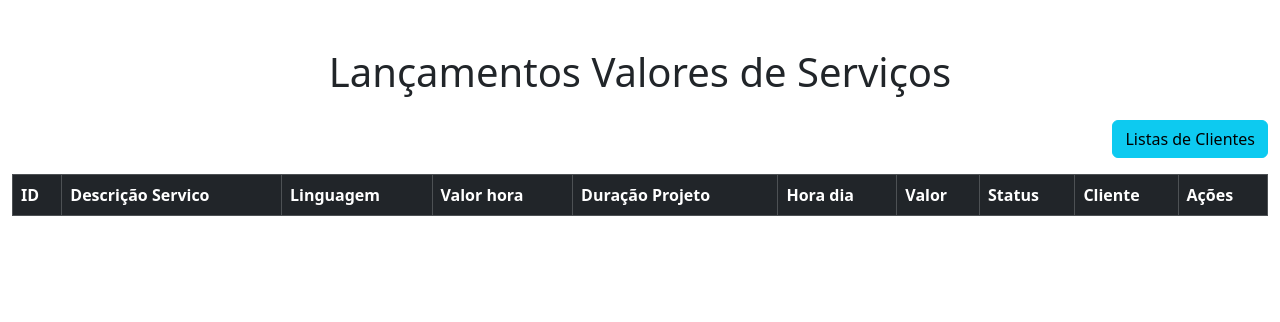
Repository: claudinez/kaspper-projeto-orcamento
Page: http://localhost/servicos/lista
These files come from the project's save history. The page is drawn as it stood at one moment and after the next save; the edit follows.
The browser window is 1280 px wide. The pictures show the whole page.
The page is this project's Thymeleaf template; nobody is signed in. The template is opened directly, without the code that normally fills it, so the values that code supplies are empty.

Above is the page before, as saved 2025-01-24 19:20:37.

After the next save:
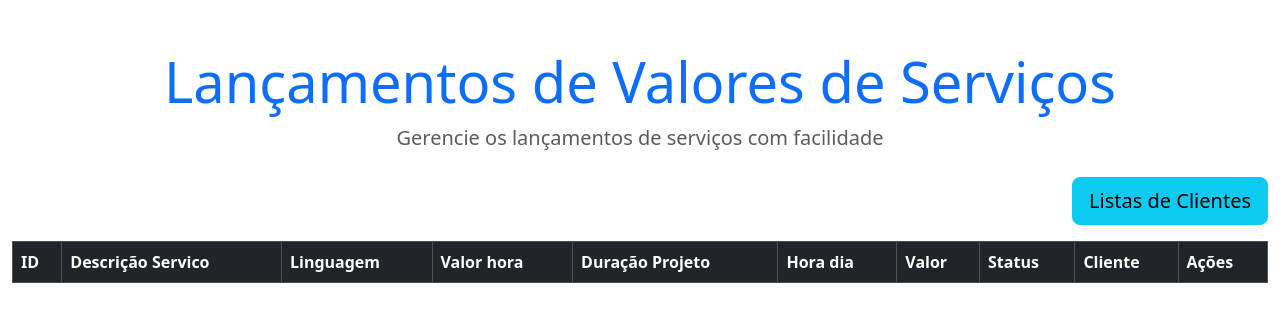
Saved 8 min 47 s later.
--- a/projeto_kaspper_back_end-main/sistema_servicos/sistema_servicos/src/main/resources/templates/servicos/lista.html
+++ b/projeto_kaspper_back_end-main/sistema_servicos/sistema_servicos/src/main/resources/templates/servicos/lista.html
@@ -11,12 +11,18 @@
 </head>
 <body>
     <div class="container-fluid mt-5">
-        <h1 class="mb-4 text-center">Lançamentos Valores de Serviços</h1>
+
+        <div class="text-center mb-4">
+	        <h1 class="display-4 text-primary">Lançamentos de Valores de Serviços</h1>
+	        <p class="lead text-muted">Gerencie os lançamentos de serviços com facilidade</p>
+    	</div>
 
         <!-- Botão para ir à lista de clientes -->
+
 	    <div class="mb-3 text-end">
-	        <a th:href="@{/clientes/lista}" class="btn btn-info">Listas de Clientes</a>
-	    </div>
+    		<a th:href="@{/clientes/lista}" class="btn btn-info btn-lg">
+        	<i class="bi bi-person"></i> Listas de Clientes</a>
+		</div>
 
       <div class="table-responsive"> <!-- Faz a tabela rolar horizontalmente em telas pequenas -->
         <table class="table table-bordered table-hover table-striped">
